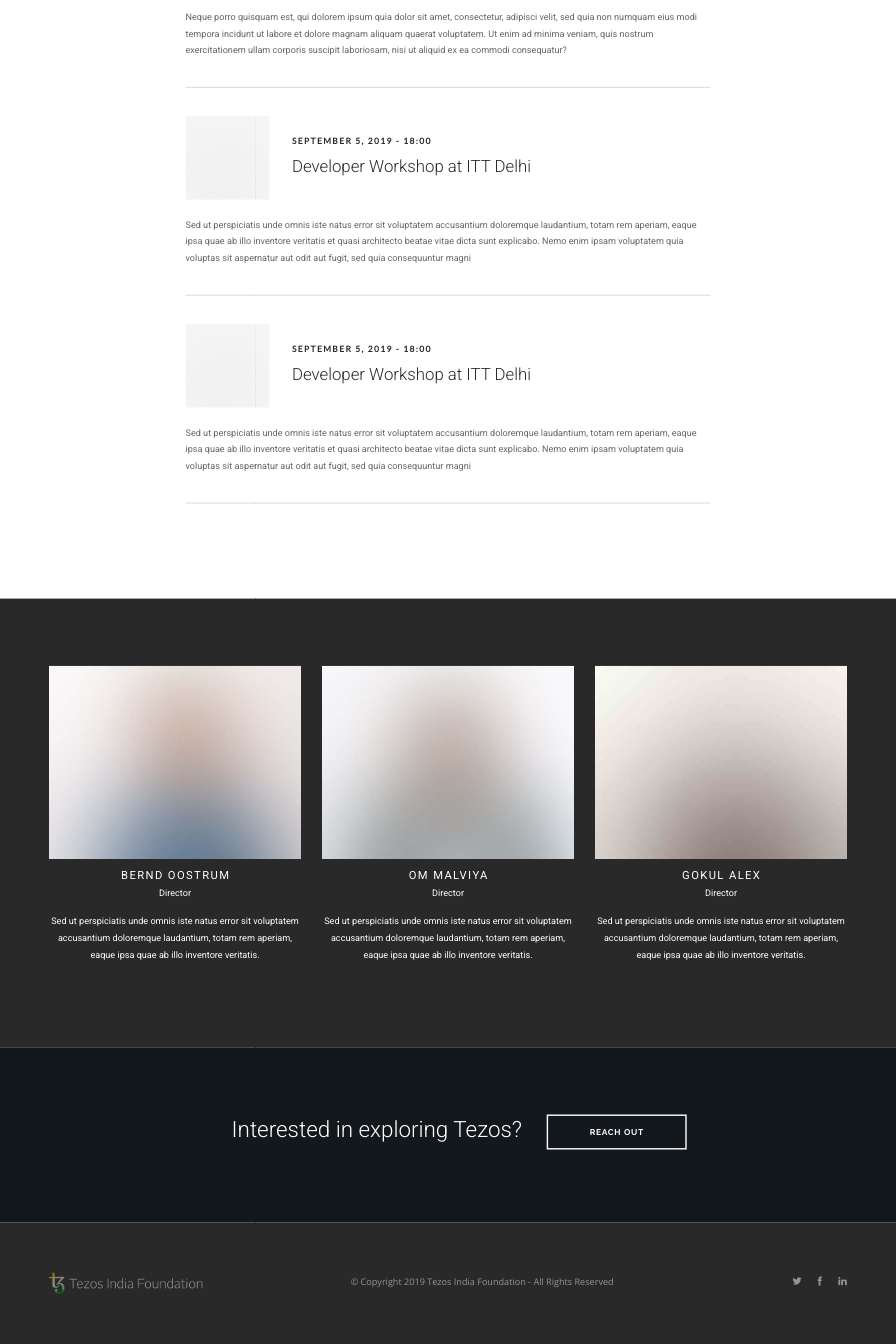
Repository: Tezos-India-Foundation/TIF-Website
Page: Tezos India Website/page.html
An editor plug-in stored every save of this project. The page is shown before and after the next save, followed by the edit.
The browser window is 1280 px wide. The pictures show the part of the page from y = 1873 to 3793 px (the page is 3793 px tall), at 70% of full size.

Above is the page before, as saved 2019-08-09 14:01:50.

### Tezos India Website/page.html
<!doctype html>
<html lang="en">

<head>
	<meta charset="utf-8">
	<title></title>
	<meta name="viewport" content="width=device-width, initial-scale=1.0">
	<link href="css/font-awesome.min.css" rel="stylesheet" type="text/css" media="all">
	<link href="css/themify-icons.css" rel="stylesheet" type="text/css" media="all" />
	<link href="css/bootstrap.css" rel="stylesheet" type="text/css" media="all" />
	<link href="css/theme-nearblack.css" rel="stylesheet" type="text/css" media="all" />
	<link href="css/custom.css" rel="stylesheet" type="text/css" media="all" />
	<link
		href='http://fonts.googleapis.com/css?family=Lato:300,400%7CRaleway:100,400,300,500,600,700%7COpen+Sans:400,500,600'
		rel='stylesheet' type='text/css'>
	<link href="http://fonts.googleapis.com/css?family=Roboto:100,300,400,600,700" rel="stylesheet" type="text/css">
	<link href="css/font-roboto.css" rel="stylesheet" type="text/css">
</head>

<body>

	<div class="nav-container">




		<nav class="bg-dark">
			<div class="nav-bar">
				<div class="module left">
					<a href="index.html">
						<img class="logo logo-light" alt="Foundry" src="img\logo with text.png">
						<img class="logo logo-dark" alt="Foundry" src="img/logo-dark.png">
					</a>
				</div>
				<div class="module widget-handle mobile-toggle right visible-sm visible-xs">
					<i class="ti-menu"></i>
				</div>
				<div class="module-group right">
					<div class="module left">
						<ul class="menu">
							<li>
								<a href="#">What We Do</a>
							</li>
							<li>
								<a href="#">Agenda</a>
							</li>
							<li>
								<a href="#">Team</a>
							</li>
							<li>
								<a href="#">Contact</a>
							</li>
					</div>

				</div>
		</nav>


	</div>

	<div class="main-container">





		<!-- <section class="cover fullscreen image-bg overlay">

			<div class="background-image-holder">
				<img alt="image" class="background-image" src="img/prop1.jpg">
			</div>
			<div class="container v-align-transform">
				<div class="row">
					<div class="col-sm-12 text-center">
						<h1 class="large mb16">Tezos India Foundation</h1>
						<h5 class="uppercase mb0">Education . meetups . partnerships</h5>
					</div>
				</div>

			</div>

			<div class="align-bottom relative-xs text-center" id="buttonslanding">
				<a class="btn btn-filled btn-lg mb32 mt-xs-40" href="#">What is Tezos?</a>
				<a class="btn btn-filled btn-lg mb32 mt-xs-40" href="#">Developer Resources</a>
			</div>

		</section> -->
		<section class="bg-dark">



			<div class="container">
				<div class="row">
					<!-- <div class="col-sm-12">

						<hr class="mb160 mb-xs-24">
					</div> -->
				</div>

				<div class="row" id="headerlanding">
					<div class="col-md-10">
						<h1 class="thin">Dedicated to Growing the Tezos Community in India.</h1>
					</div>
				</div>

				<div class="row mb40 mb-xs-0">
					<div class="col-md-6 col-sm-8">
						<p class="lead">The Tezos India Foundation will assist individuals and
							entities to use the Tezos blockchain. To have the best reach with 1.3 billion
							people, the Tezos India Foundation will host events all around
							India. We will give developer workshops and assist with the setup of university
							chapters.&nbsp;</p>
					</div>
				</div>

				<div class="row mb160 mb-xs-0" >
						<div class="col-md-6 col-sm-8" id="headerbuttons">
						<a class="btn btn-lg btn-filled" href="#">What is Tezos?</a>
						<a class="btn btn-lg btn-white" id="devbutton" href="#">Developer Resources</a>
					</div>
					</div>



			</div>

		</section>
	</section><section class="bg-dark">
			<div class="container">
				<div class="row">
					<div class="col-sm-4 text-center">
						<div class="feature">
							<i class="ti-gallery icon fade-3-4 inline-block mb16"></i>
							<h4>Silky Parallax</h4>
							<p>
								We've built a buttery smooth parallax scrolling experience with a heavy focus on performance. Extensively tested across a range of browser and mouse types.
							</p>
						</div>
					</div>
					<div class="col-sm-4 text-center">
						<div class="feature">
							<i class="ti-package icon fade-3-4 inline-block mb16"></i>
							<h4>Unique Concepts</h4>
							<p>
								10 Fresh and unique concepts included out of the box. From portfolio to property showcase, Foundry's adaptable look is perfect for your next project.
							</p>
						</div>
					</div>
					<div class="col-sm-4 text-center">
						<div class="feature">
							<i class="ti-layers icon fade-3-4 inline-block mb16"></i>
							<h4>Modular Design</h4>
							<p>
								With a plethora of purpose-built content blocks, colors and fonts, Foundry presents a mind-boggling number of combinations. Test drive the builder now!
							</p>
						</div>
					</div>
				</div>

			</div>

		</section>
		<section>
			<div class="container">
				<div class="row mb64 mb-xs-24">
					<div class="col-sm-12 text-center">
						<h3>Agenda</h3>

					</div>
				</div>

				<div class="row">
					<div class="col-md-offset-2 col-md-8">
						<div class="tabbed-content button-tabs">


									<div class="tab-content text-left">
										<div>
											<div class="overflow-hidden">
												<img alt="Pic" class="mb24 pull-left" src="img/avatar1.png">
												<div class="pull-left p32 p0-xs pt24">
													<h6 class="uppercase mb8 number">September 4, 2019 - 18:00</h6>
													<h4>Tezos Meetup in Delhi</h4>
												</div>
											</div>
											<p>
												Neque porro quisquam est, qui dolorem ipsum quia dolor sit amet,
												consectetur, adipisci velit, sed quia non numquam eius modi tempora
												incidunt ut labore et dolore magnam aliquam quaerat voluptatem. Ut enim
												ad minima veniam, quis nostrum exercitationem ullam corporis suscipit
												laboriosam, nisi ut aliquid ex ea commodi consequatur?
											</p>
											<hr class="mt40 mb40 mt-xs-0 mb-xs-24">
										</div>
										<div>
											<div class="overflow-hidden">
												<img alt="Pic" class="mb24 pull-left" src="img/avatar2.png">
												<div class="pull-left p32 p0-xs pt24">
													<h6 class="uppercase mb8 number">September 5, 2019 - 18:00</h6>
													<h4>Developer Workshop at ITT Delhi</h4>
												</div>
											</div>
											<p>
												Sed ut perspiciatis unde omnis iste natus error sit voluptatem
												accusantium doloremque laudantium, totam rem aperiam, eaque ipsa quae ab
												illo inventore veritatis et quasi architecto beatae vitae dicta sunt
												explicabo. Nemo enim ipsam voluptatem quia voluptas sit aspernatur aut
												odit aut fugit, sed quia consequuntur magni
											</p>
											<hr class="mt40 mb40 mt-xs-0 mb-xs-24">
										</div>
										<div>
											<div class="overflow-hidden">
												<img alt="Pic" class="mb24 pull-left" src="img/avatar2.png">
												<div class="pull-left p32 p0-xs pt24">
													<h6 class="uppercase mb8 number">September 5, 2019 - 18:00</h6>
													<h4>Developer Workshop at ITT Delhi</h4>
												</div>
											</div>
											<p>
												Sed ut perspiciatis unde omnis iste natus error sit voluptatem
												accusantium doloremque laudantium, totam rem aperiam, eaque ipsa quae ab
												illo inventore veritatis et quasi architecto beatae vitae dicta sunt
												explicabo. Nemo enim ipsam voluptatem quia voluptas sit aspernatur aut
												odit aut fugit, sed quia consequuntur magni
											</p>
											<hr class="mt40 mb40 mt-xs-0 mb-xs-24">
										</div>
									</div>

						</div>

					</div>
				</div>


		</section>
		<section class="bg-dark">
			<div class="container">
				<div class="row">
					<div class="col-md-4 col-sm-6">
						<div class="image-tile outer-title text-center">
							<img alt="Pic" src="img/team-1.jpg">
							<div class="title mb16">
								<h5 class="uppercase mb0">Bernd Oostrum</h5>
								<span>Director</span>
							</div>
							<p class="mb0">
								Sed ut perspiciatis unde omnis iste natus error sit voluptatem accusantium doloremque
								laudantium, totam rem aperiam, eaque ipsa quae ab illo inventore veritatis.
							</p>
						</div>
					</div>
					<div class="col-md-4 col-sm-6">
						<div class="image-tile outer-title text-center">
							<img alt="Pic" src="img/team-2.jpg">
							<div class="title mb16">
								<h5 class="uppercase mb0">Om Malviya</h5>
								<span>Director</span>
							</div>
							<p class="mb0">
								Sed ut perspiciatis unde omnis iste natus error sit voluptatem accusantium doloremque
								laudantium, totam rem aperiam, eaque ipsa quae ab illo inventore veritatis.
							</p>
						</div>
					</div>
					<div class="col-md-4 col-sm-6">
						<div class="image-tile outer-title text-center">
							<img alt="Pic" src="img/team-3.jpg">
							<div class="title mb16">
								<h5 class="uppercase mb0">Gokul Alex</h5>
								<span>Director</span>
							</div>
							<p class="mb0">
								Sed ut perspiciatis unde omnis iste natus error sit voluptatem accusantium doloremque
								laudantium, totam rem aperiam, eaque ipsa quae ab illo inventore veritatis.
							</p>
						</div>
					</div>
				</div>

			</div>

		</section>
		<section class="bg-primary">
			<div class="container">
				<div class="row">
					<div class="col-sm-12 text-center">
						<h3 class="mb0 inline-block p32 p0-xs">Interested in exploring Tezos?</h3>
						<a class="btn btn-lg btn-white mb8 mt-xs-24" href="#">Reach out</a>
					</div>
				</div>

			</div>

		</section>
		<footer class="footer-2 bg-dark text-center-xs">
			<div class="container">
				<div class="row">
					<div class="col-sm-4">
						<a href="#"><img class="image-xxs fade-half" alt="Pic" src="img\logo with text.png"></a>
					</div>

					<div class="col-sm-5 text-center">
						<span class="fade-half">
							© Copyright 2019 Tezos India Foundation - All Rights Reserved
						</span>
					</div>

					<div class="col-sm-3 text-right text-center-xs">
						<ul class="list-inline social-list">
							<li><a href="#"><i class="ti-twitter-alt"></i></a></li>
							<li><a href="#"><i class="ti-facebook"></i></a></li>
							<li><a href="#"><i class="ti-linkedin"></i></a></li>

						</ul>
					</div>
				</div>
			</div>
		</footer>
	</div>


	<script src="js/jquery.min.js"></script>
	<script src="js/bootstrap.min.js"></script>
	<script src="js/parallax.js"></script>
	<script src="js/scripts.js"></script>
</body>

</html>

### Tezos India Website/css/custom.css
/****** PLACE YOUR CUSTOM STYLES HERE ******/

#headerlanding {
    padding-top: 15%;
}
#headerbuttons {
    padding-bottom: 10%;
}

Loaded but not shown: Tezos India Website/css/font-awesome.min.css (library); Tezos India Website/css/themify-icons.css (common file); Tezos India Website/css/bootstrap.css (library); Tezos India Website/css/font-roboto.css (common file); Tezos India Website/js/jquery.min.js (library); Tezos India Website/js/bootstrap.min.js (library); Tezos India Website/js/parallax.js (library); Tezos India Website/js/scripts.js (1387 lines, source omitted); Tezos India Website/css/theme-nearblack.css (5712 lines, source omitted)

After the next save:
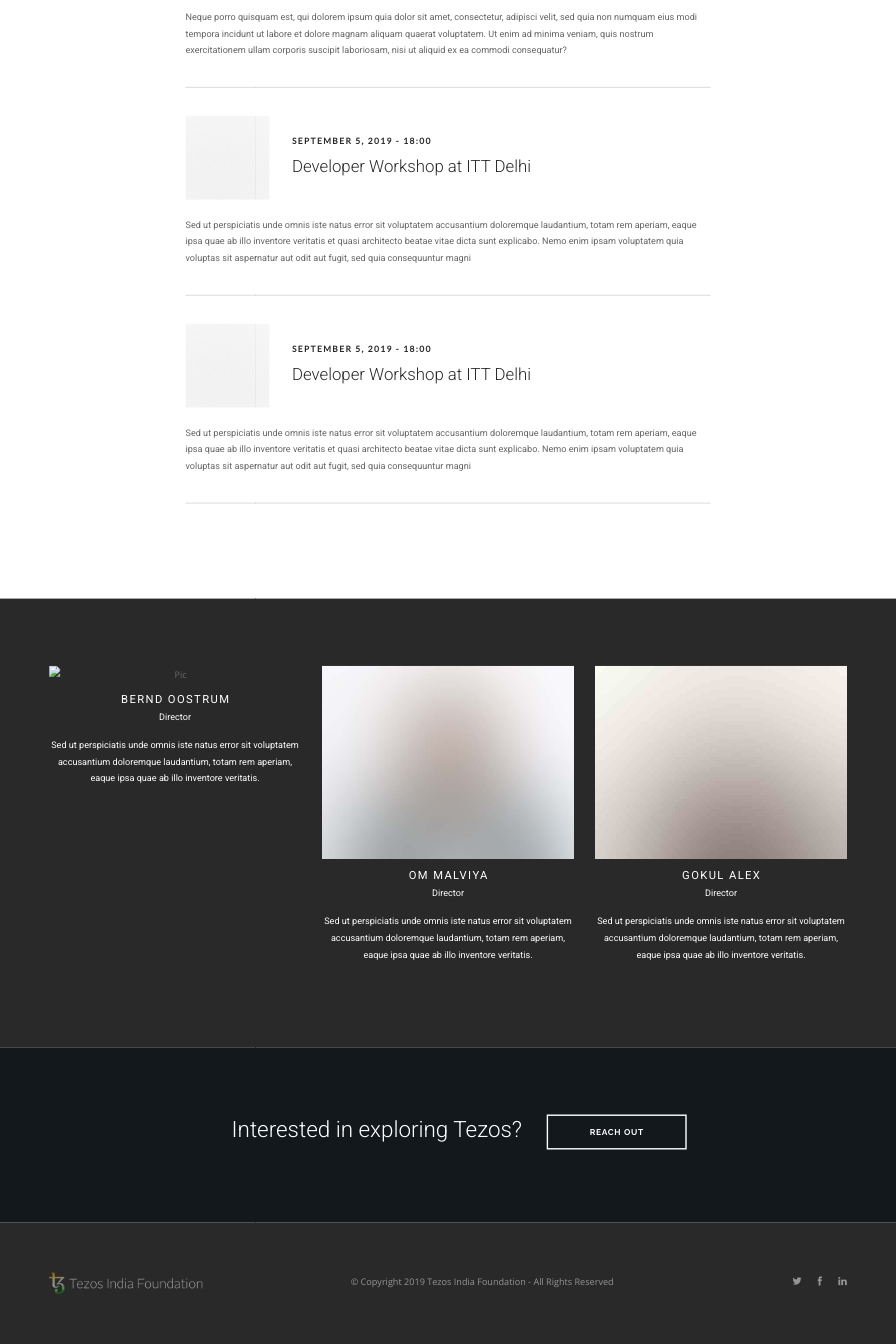
Not found: Tezos India Website/img/headshot-berndoostrum.jpg
Saved 8 min 9 s later.
--- a/Tezos India Website/page.html
+++ b/Tezos India Website/page.html
@@ -3,7 +3,7 @@
 
 <head>
 	<meta charset="utf-8">
-	<title></title>
+	<title>Tezos India Foundation</title>
 	<meta name="viewport" content="width=device-width, initial-scale=1.0">
 	<link href="css/font-awesome.min.css" rel="stylesheet" type="text/css" media="all">
 	<link href="css/themify-icons.css" rel="stylesheet" type="text/css" media="all" />
@@ -240,7 +240,7 @@
 				<div class="row">
 					<div class="col-md-4 col-sm-6">
 						<div class="image-tile outer-title text-center">
-							<img alt="Pic" src="img/team-1.jpg">
+							<img alt="Pic" src="img/headshot-berndoostrum.jpg">
 							<div class="title mb16">
 								<h5 class="uppercase mb0">Bernd Oostrum</h5>
 								<span>Director</span>
